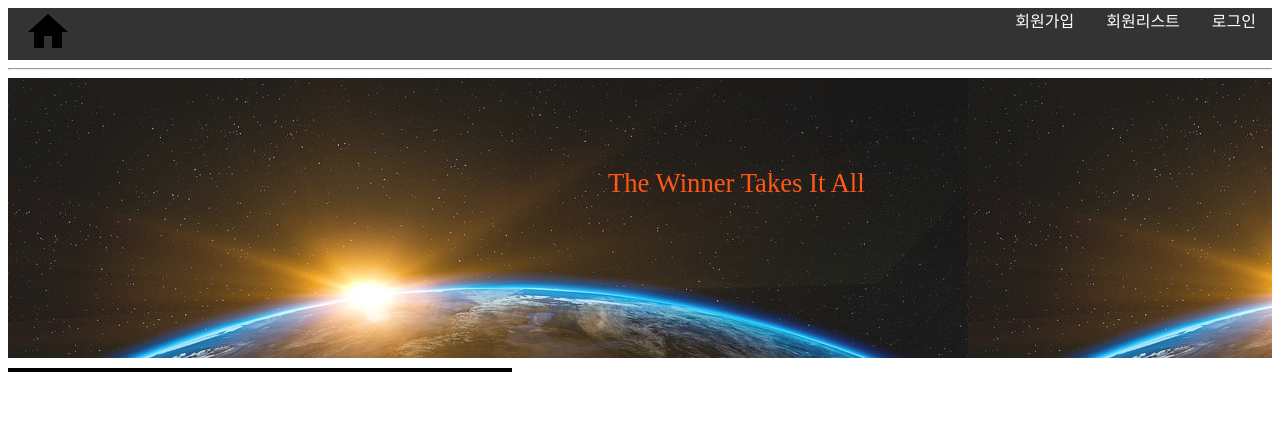
Repository: LeeHyukJe/jsp-bit
Page: http://localhost/jsp3/addrbook/index.jsp
The author's editor kept a copy of each file at every save. The page is drawn from the files as they stood at one save, then again after the next save.
The browser window is 1280 px wide. The pictures show the whole page.
The page is served by Tomcat 9. Other server files are loaded and not shown. Queries for data that is not in the repository find no rows.

Above is the page before, as saved 2017-09-20 08:44:44.

### jsp3/WebContent/addrbook/index.jsp
<%@ page language="java" contentType="text/html; charset=UTF-8"
	pageEncoding="UTF-8"%>
<%@page import="jspbook.addrbook.*"%>
<%@page import="java.util.*"%>
<jsp:useBean id="addrbook" scope="page"
	class="jspbook.addrbook.AddrBook" />
<jsp:useBean id="addrbean" scope="page"
	class="jspbook.addrbook.AddrBean" />
<%
	ArrayList<AddrBook> list = addrbean.getDBList();
	String[] pic_list = new String[list.size()];
	Iterator<AddrBook> it = list.iterator();
	for (int i = 0; it.hasNext(); i++) {
		pic_list[i] = it.next().getAb_picture();
	}
	String memberId = (String) session.getAttribute("memberid");

	AddrBook user_pic=addrbean.getDB(memberId);
	String user_pic2=user_pic.getAb_picture();
%>


<!DOCTYPE html PUBLIC "-//W3C//DTD HTML 4.01 Transitional//EN" "http://www.w3.org/TR/html4/loose.dtd">
<html>
<head>
<meta charset="UTF-8">
<title>MyHompage</title>
<link rel="stylesheet" href="Hompage.css" type="text/css" media="screen" />
</head>
<style>
.img {
	width: 100%;
}
</style>
<body>


	<ul>
		<li class="home"><a href="index.jsp"><img src="homeIcon.png"
				height="48" width="48" /></a></li>
		<%
			if (memberId != null) {
		%>
		<li><a href="logout.jsp">로그아웃</a></li>
		<%
			} else {
		%>
		<li><a href="login_form.html">로그인</a></li>
		<%
			}
		%>
		<li><a href="addrbook_control.jsp?action=list">회원리스트</a></li>
		<li><a href="addrbook_form.jsp">회원가입</a></li>

	</ul>
	<hr>
	<div class="gate">
		<div class="winner">The Winner Takes It All</div>
	</div>
	<div>

		<div class="main_container">
			<div class="picture">
				<%
					try {

						if (list != null) {
							if (memberId!=null) {
								for (int i = 0; i < pic_list[i].length(); i++) {
				%>
				<img src="<%=pic_list[i]%>">

				<%
								}
							}
						}
					} catch (Exception e) {
						System.out.print(e);
					}
				%>
				<%
					if(user_pic.getAb_picture()!=null){
						out.print(user_pic.getAb_name()+"님이 올리신 프로필 사진입니다.");
				%>

				<img src="<%=user_pic.getAb_picture() %>">
				<%
					}
				%>
			</div>
		</div>
	</div>
	<!-- <div class="gradient1">Copyright(c)2017 이혁제 All rights reserved.
	</div>
	<!-->

</body>
</html>

### jsp3/src/jspbook/addrbook/AddrBook.java
package jspbook.addrbook;


public class AddrBook {
	private String ab_id;
	private String ab_name;
	private String ab_email;
	private String ab_tel;
	private String ab_birth;
	private String ab_comdept;
	private String ab_memo;
	private String ab_picture;
	private int ab_password;


	public String getAb_id() {
		return ab_id;
	}
	public void setAb_id(String ab_id) {
		this.ab_id = ab_id;
	}
	public String getAb_name() {
		return ab_name;
	}
	public void setAb_name(String ab_name) {
		this.ab_name = ab_name;
	}
	public String getAb_email() {
		return ab_email;
	}
	public void setAb_email(String ab_email) {
		this.ab_email = ab_email;
	}
	public String getAb_tel() {
		return ab_tel;
	}
	public void setAb_tel(String ab_tel) {
		this.ab_tel = ab_tel;
	}
	public String getAb_birth() {
		return ab_birth;
	}
	public void setAb_birth(String ab_birth) {
		this.ab_birth = ab_birth;
	}
	public String getAb_comdept() {
		return ab_comdept;
	}
	public void setAb_comdept(String ab_comdept) {
		this.ab_comdept = ab_comdept;
	}
	public String getAb_memo() {
		return ab_memo;
	}
	public void setAb_memo(String ab_memo) {
		this.ab_memo = ab_memo;
	}
	public String getAb_picture() {
		return ab_picture;
	}
	public void setAb_picture(String ab_picture) {
		this.ab_picture = ab_picture;
	}
	public int getAb_password() {
		return ab_password;
	}
	public void setAb_password(int ab_password) {
		this.ab_password = ab_password;
	}

}

### jsp3/src/jspbook/addrbook/AddrBean.java
package jspbook.addrbook;


import java.sql.*;
import java.util.*;

/**
 * file:AddrBean.java
 * desc:주소록 프로그램 DAO 클래스
 * @author 이혁제(lims2733@naver.com)
 */

public class AddrBean {
	Connection conn;
	PreparedStatement pstmt;

	String jdbc_driver;
	String jdbc_url;

	void connect() {


		if(System.getProperty("user.name").equals("lims2733")) {
			jdbc_driver="com.mysql.jdbc_Driver";
			jdbc_url="jdbc:mysql://127.0.0.1:3306/db";
		}
		else {
			jdbc_driver="oracle.jdbc.driver.OracleDriver";
			jdbc_url="jdbc:oracle:thin:@localhost:1521:xe";
		}

		try {
			Class.forName(jdbc_driver);
			conn=DriverManager.getConnection(jdbc_url,"student","1234");
		}catch(Exception e) {
			System.out.println(e);
		}
	}

	void disconnect() {
		if(pstmt!=null) {
			try {
				pstmt.close();
			}catch(SQLException e) {
				System.out.println(e);
			}catch(Exception e) {
				System.out.println(e);
			}
		}

		if(conn!=null) {
			try {
				conn.close();
			}catch(SQLException e) {
				System.out.println(e);
			}catch(Exception e) {
				System.out.println(e);
			}
		}
	}

	public boolean updateDB(AddrBook addrbook) {
		connect();

		String sql="update addrbook set ab_name=?,ab_email=?, ab_comdept=?,ab_birth=?,ab_tel=?, ab_memo=? ab_password=? where ab_id=?";

		try {
			pstmt=conn.prepareStatement(sql);
			pstmt.setString(1, addrbook.getAb_name());
			pstmt.setString(2, addrbook.getAb_email());
			pstmt.setString(3, addrbook.getAb_comdept());
			pstmt.setString(3, addrbook.getAb_birth());
			pstmt.setString(5, addrbook.getAb_tel());
			pstmt.setString(6, addrbook.getAb_memo());
			pstmt.setInt(7, addrbook.getAb_password());
			pstmt.setString(8, addrbook.getAb_id());
		}catch(SQLException e) {
			System.out.println(e);
			return false;
		}finally {
			disconnect();
		}
		return true;
	}

	public boolean deleteDB(String gb_id) {
		connect();

		String sql="delete from addrbook where ab_id=?";

		try {
			pstmt=conn.prepareStatement(sql);
			pstmt.setString(1, gb_id);
			pstmt.executeUpdate();
		}catch(SQLException e) {
			System.out.println(e);
			return false;
		}finally {
			disconnect();
		}
		return true;
	}

	public boolean insertDB(AddrBook addrbook) {
		connect();

		String sql="insert into addrbook(ab_id,ab_name,ab_email,ab_comdept,ab_birth,ab_tel,ab_memo,ab_picture,ab_password) values(?,?,?,?,?,?,?,?,?)";

		try {
			pstmt=conn.prepareStatement(sql);
			pstmt.setString(1, addrbook.getAb_id());
			pstmt.setString(2, addrbook.getAb_name());
			pstmt.setString(3, addrbook.getAb_email());
			pstmt.setString(4, addrbook.getAb_comdept());
			pstmt.setString(5, addrbook.getAb_birth());
			pstmt.setString(6, addrbook.getAb_tel());
			pstmt.setString(7, addrbook.getAb_memo());
			pstmt.setString(8,addrbook.getAb_picture());
			pstmt.setInt(9, addrbook.getAb_password());
			pstmt.executeUpdate();
		}catch(SQLException e) {
			System.out.println(e);
			return false;
		}catch(Exception e) {
			System.out.println(e);
		}finally {
			disconnect();
		}
		return true;
	}

	public AddrBook getDB(String gb_id) {
		connect();

		String sql="select *from addrbook where ab_id=?";
		AddrBook addrbook=new AddrBook();

		try {
			pstmt=conn.prepareStatement(sql);
			pstmt.setString(1, gb_id );
			ResultSet rs=pstmt.executeQuery();
			rs.next();
				addrbook.setAb_id(rs.getString(1));
				addrbook.setAb_name(rs.getString(2));
				addrbook.setAb_email(rs.getString(3));
				addrbook.setAb_birth(rs.getString(4));
				addrbook.setAb_tel(rs.getString(5));
				addrbook.setAb_comdept(rs.getString(6));
				addrbook.setAb_memo(rs.getString(7));
				addrbook.setAb_picture(rs.getString(8));
				addrbook.setAb_password(rs.getInt(9));
			rs.close();
		}catch(SQLException e) {
			System.out.println(e);
		}finally {
			disconnect();
		}
		return addrbook;
	}

	public ArrayList<AddrBook> getDBList(){
		connect(); //db와 연결
		ArrayList<AddrBook>datas=new ArrayList<>(); //addrbook객체를 담을 배열 생성
		String sql="select * from addrbook";

		try {
			pstmt=conn.prepareStatement(sql); //
			ResultSet rs=pstmt.executeQuery(); //쿼리문 실행
			while(rs.next()) {
				AddrBook addrbook=new AddrBook();
				addrbook.setAb_id(rs.getString(1)); //첫번째 행을 객체에 담음
				addrbook.setAb_name(rs.getString(2)); //두번째행을 객체에 담음
				addrbook.setAb_email(rs.getString(3)); //세번째 행을 객체에 담음
				addrbook.setAb_comdept(rs.getString(4)); //여섯번째 행을 객체에 담음
				addrbook.setAb_birth(rs.getString(5)); //네번째 행을 객체에 담음
				addrbook.setAb_tel(rs.getString(6)); //다섯번째 행을 객체에 담음
				addrbook.setAb_memo(rs.getString(7));
				addrbook.setAb_picture(rs.getString(8));
				addrbook.setAb_password(rs.getInt(9));
				datas.add(addrbook);
			}
			rs.close();
		}catch(SQLException e) {
			System.out.println(e);
		}catch(Exception e) {
			System.out.println(e);
		}finally {
			disconnect();
		}
		return datas;
	}
}

### jsp3/WebContent/addrbook/Hompage.css
div.gate {
	position: relative;
	background-image: url("uni.jpg");
	width: 100%;
	padding: 140px 0;
	opacity: 0.9;
}

div.winner {
	position: absolute;
	left: 0;
	width: 300px;
	top: 90px;
	left: 600px;
	font-size: 20pt;
	color: orangered;
	font-family: �굹�닎諛붾Ⅸ怨좊뵓;
}

ul {
	list-style-type: none;
	margin: 0;
	padding: 0;
	overflow: hidden;
	background-color: #333;
}

li {
	float: right;
}

li.home {
	float: left;
}

li a {
	display: inline;
	color: white;
	text-align: center;
	padding: 14px 16px;
	text-decoration: none;
}

li a:hover {
	background-color: #111;
}


div.gradient1 {
	position: fixed;
	bottom: 0;
	margin: 700px 0 0 0;
	width: 100%;
	padding: 100px 0;
	background: linear-gradient(to top, gray, white);
	text-align: center;
	vertical-align: middle;
}

.main_container{
	position:relative;
	display:inline-block;
	width:100%;
	height:auto;
	top:10px;
}

.main_container .picture{
	postion:absolute;
	width:500px;
	height:auto;
	float:left;
	border:2px solid black;
}

.main_container .picture img {
	width:100%;
	height:auto;
}

After the next save:
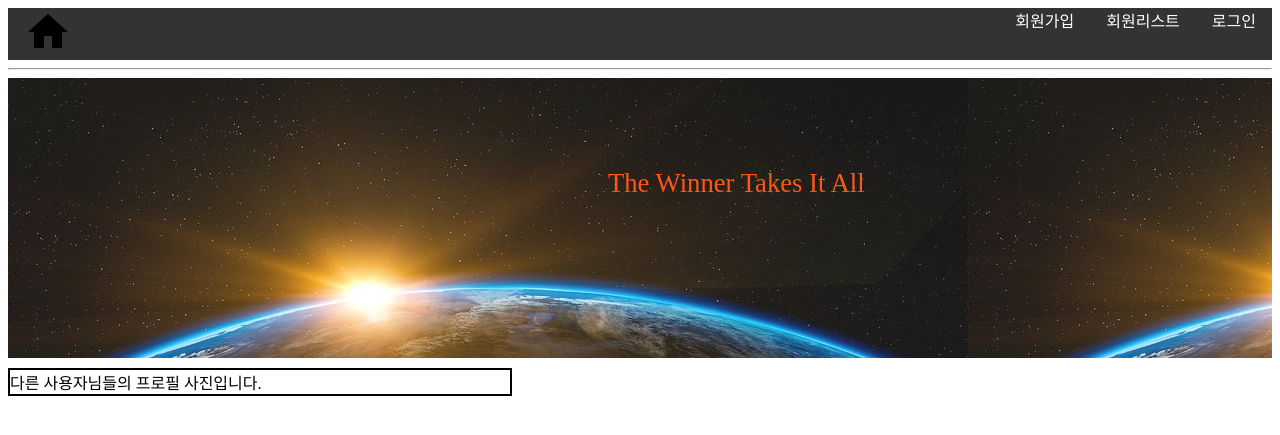
Saved 2 min 20 s later.
--- a/jsp3/WebContent/addrbook/index.jsp
+++ b/jsp3/WebContent/addrbook/index.jsp
@@ -65,6 +65,7 @@
 					try {
 
 						if (list != null) {
+							out.print("다른 사용자님들의 프로필 사진입니다.");
 							if (memberId!=null) {
 								for (int i = 0; i < pic_list[i].length(); i++) {
 				%>

After the save that followed:
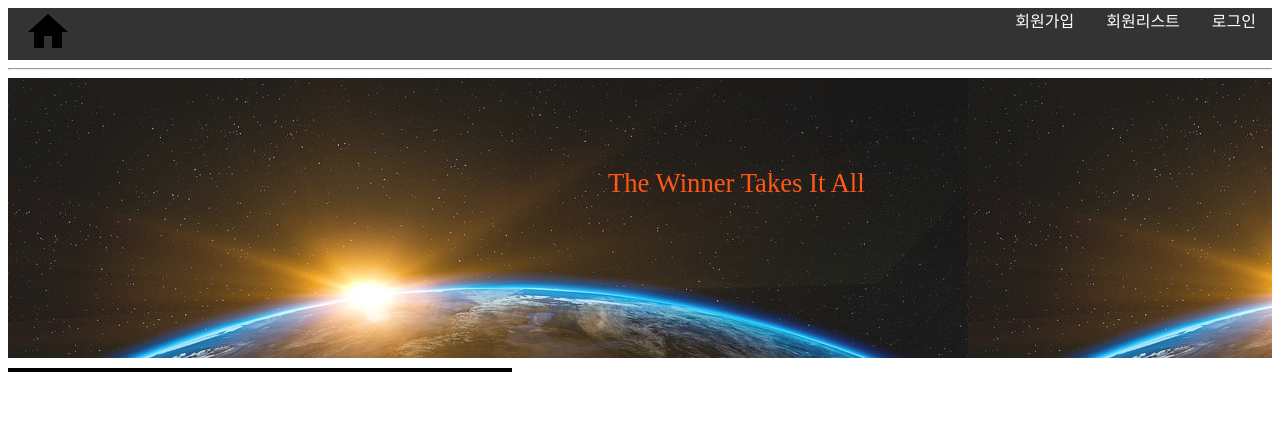
Saved 6 s later.
--- a/jsp3/WebContent/addrbook/index.jsp
+++ b/jsp3/WebContent/addrbook/index.jsp
@@ -65,8 +65,8 @@
 					try {
 
 						if (list != null) {
+							if (memberId!=null) {
 							out.print("다른 사용자님들의 프로필 사진입니다.");
-							if (memberId!=null) {
 								for (int i = 0; i < pic_list[i].length(); i++) {
 				%>
 				<img src="<%=pic_list[i]%>">
